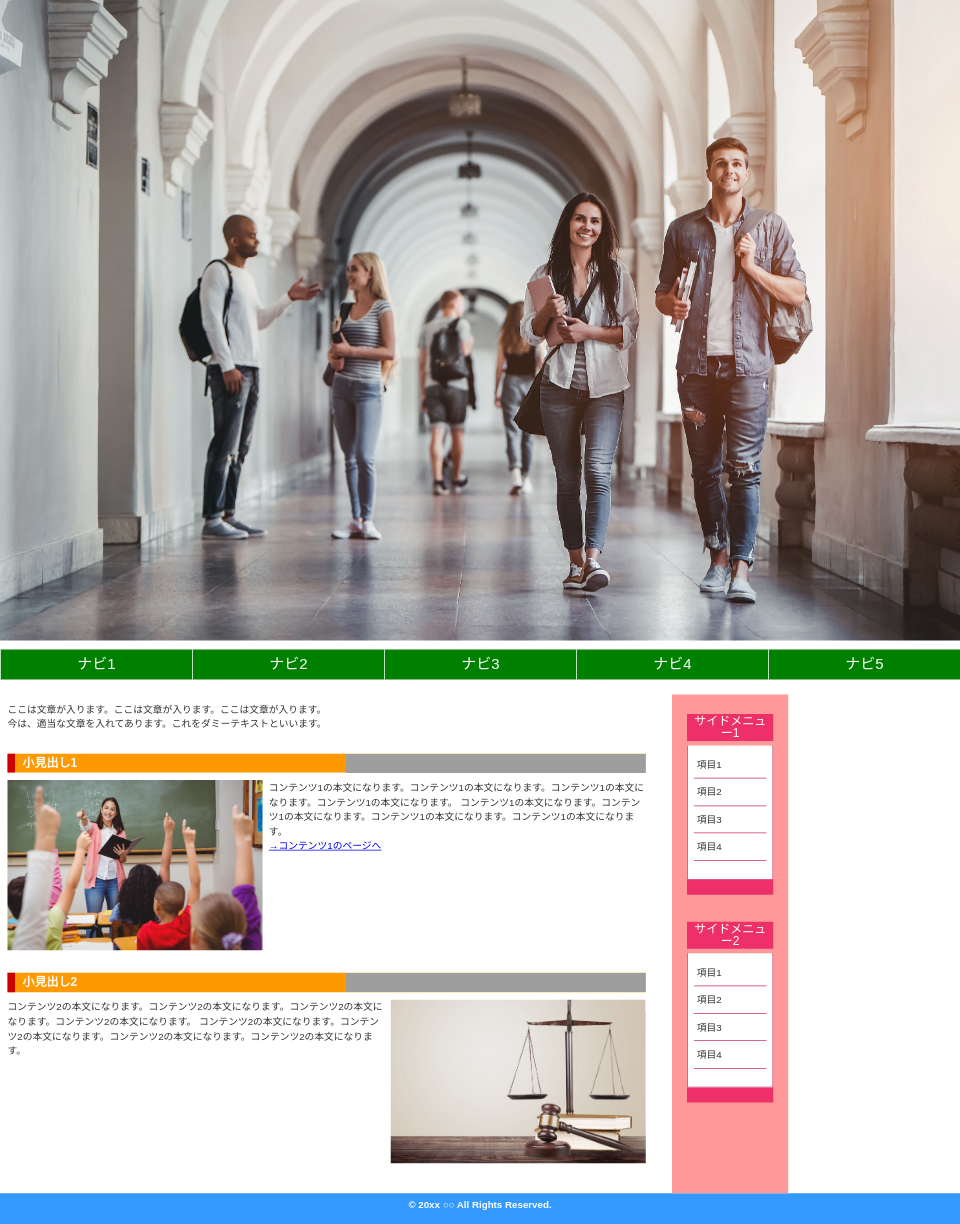
Repository: yu-0922/samurai_HTML-CSS
Page: home.html
The author's editor kept a record of every edit. The page is drawn from the files as they stood at one moment, then again after the next edit.
The browser window is 1280 px wide. The pictures show the whole page, at 75% of full size.
Pictures or frames that could not be fetched are drawn as grey boxes.

Above is the page before.

After the next edit:
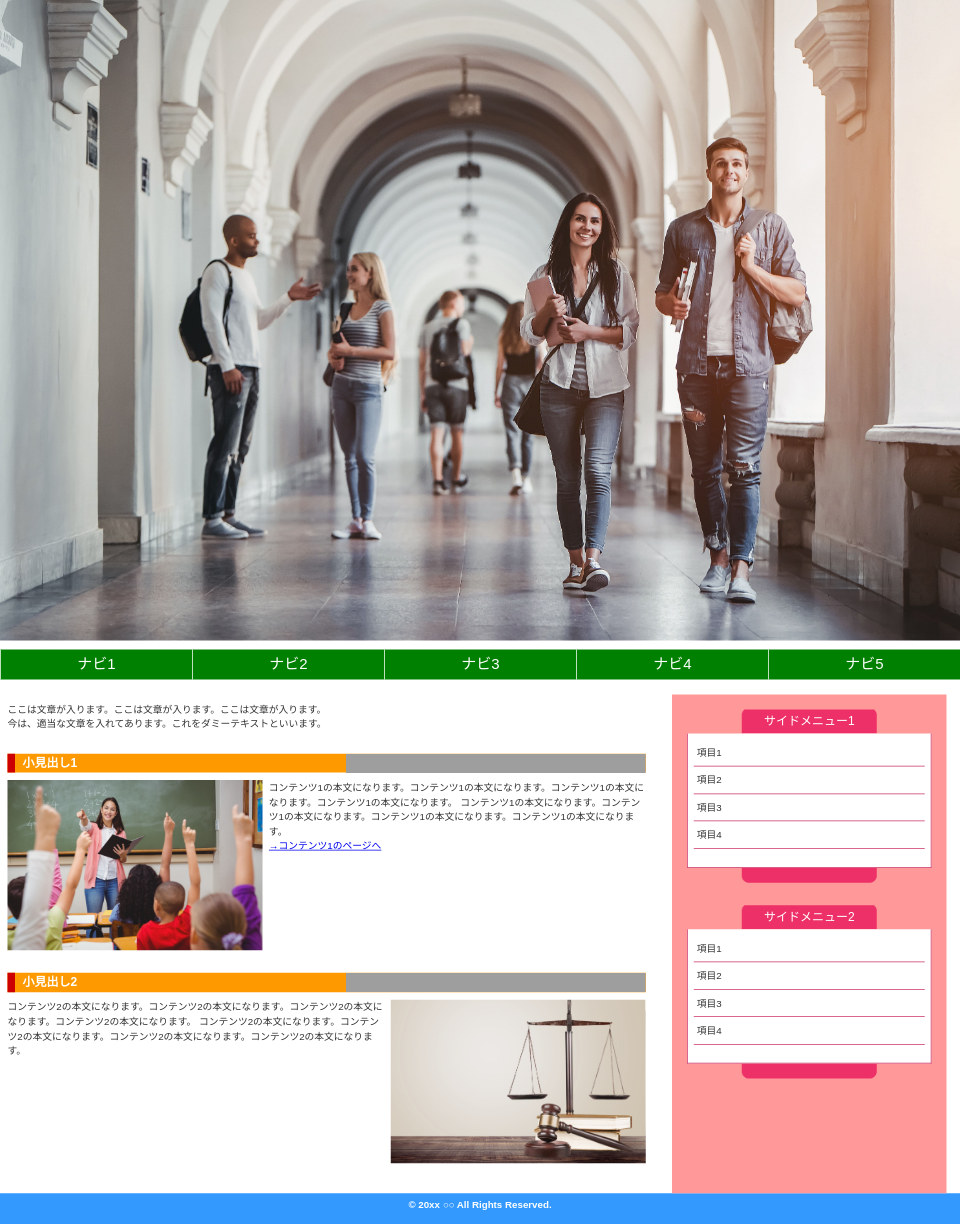
The edit:
--- a/stylesheet.css
+++ b/stylesheet.css
@@ -3,7 +3,7 @@
 body {
 	margin: 0;
 	padding: 0;
-	font-family: "ヒラギノ角ゴ Pro W3", "Hiragino Kaku Gothic Pro", "メイリオ", Meiryo, Osaka, "ＭＳ Ｐゴシ���ク", "MS PGothic", sans-serif;
+	font-family: "ヒラギノ角ゴ Pro W3", "Hiragino Kaku Gothic Pro", "メイリオ", Meiryo, Osaka, "ＭＳ Ｐゴシック", "MS PGothic", sans-serif;
 	color: #333;
 	font-size: 13px;
 	line-height: 150%;
@@ -136,8 +136,7 @@
 
 /* -------------------- side -------------------- */
 #side {
-	float: right;
-	width: 30%;
+	width: 85%;
 	padding: 20px;
 	background-color: #F99;
 }
@@ -179,3 +178,16 @@
 	border-bottom: solid 1px #C36;
 	box-shadow: 0px 4px 4px rgba(0, 0, 0, 0.3);
 }
+
+/* ------------------media query------------------*/
+@media screen and (max-width:480px) {
+    .media-sp {
+        background-color: red;
+    }
+}
+
+@media screen and (min-width:640px) {
+    .media-pc {
+        background-color: green;
+    }
+}
